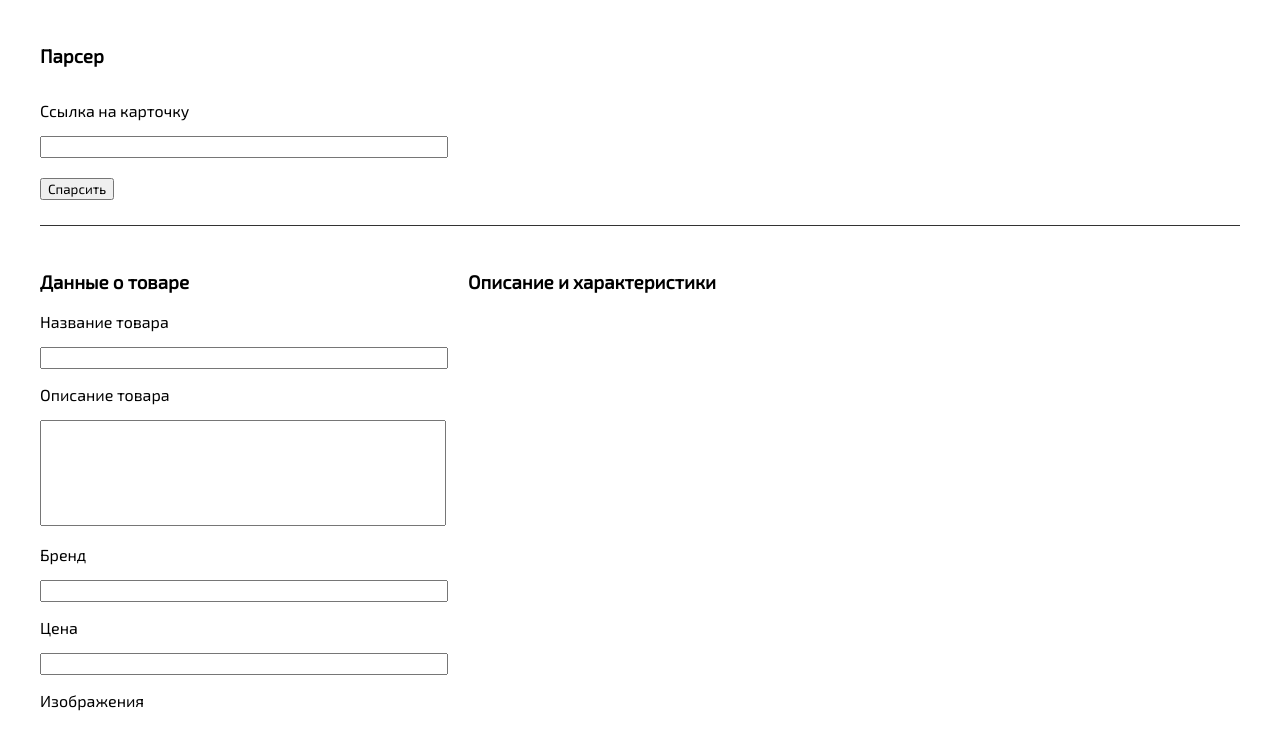
Repository: yozuul/wildberries-product-card-parser-api-exchange
Page: public/index.html
These files come from the project's save history. The page is drawn as it stood at one moment and after the next save; the edit follows.
The browser window is 1280 px wide. The pictures show the whole page.

Above is the page before, as saved 2021-08-18 18:33:19.

### public/index.html
<!DOCTYPE html>
<html lang="en">

<head>
   <meta charset="UTF-8">
   <meta http-equiv="X-UA-Compatible" content="IE=edge">
   <meta name="viewport" content="width=device-width, initial-scale=1.0">
   <title>Document</title>
   <link rel="stylesheet" href="style.css">
</head>

<body>
   <div class="parseFormWrapper">
      <div class="parseForm">
         <h3>Парсер</h3>
         <form name="parseForm">
            <p>Ссылка на карточку</p>
            <input type="text" id="cardURL">
            <button id="parseData">Спарсить</button>
         </form>
      </div>
   </div>
   <form class="productFormWrapper">
      <div class="productFormWrapperLeft productForm">
            <h3>Данные о товаре</h3>
            <div class="inputWrapper">
               <p>Название товара</p>
               <input type="text" name="productName" id="productName">
            </div>
            <div class="inputWrapper">
               <p>Описание товара</p>
               <textarea name="productDesc" id="productDesc"></textarea>
            </div>
            <div class="inputWrapper">
               <p>Бренд</p>
               <input type="text" name="productBrand" id="productBrand">
            </div>
            <div class="inputWrapper">
               <p>Цена</p>
               <input type="text" name="productPrice" id="productPrice">
            </div>
            <div class="inputWrapper">
               <p>Изображения</p>
            </div>
      </div>
      <div class="productFormWrapperRight productForm">
         <h3>Описание и характеристики</h3>
      </div>
   </form>
   <script src="index.js"></script>
</body>

</html>

### public/style.css
@import url('https://fonts.googleapis.com/css2?family=Exo+2&display=swap');

* {
   font-family: 'Exo 2', sans-serif;
}

body {
   padding: 0;
   margin: 0;
}
.productFormWrapper, .parseFormWrapper {
   max-width: 1200px;
   margin: auto;
   padding-top: 25px;
   padding-bottom: 25px;
}
.parseFormWrapper {
   border-bottom: 1px solid #333;
}
.productFormWrapper {
   display: flex;
}
.productFormWrapperLeft {
   margin-right: 20px;
}
.parseForm {
   display: flex;
   flex-wrap: wrap;
   max-width: 400px;
}
.parseForm input {
   width: 400px;
   margin-bottom: 20px;
}
.productForm {
}
.productForm input, .productForm textarea {
   width: 400px;
}
.productForm textarea {
   height: 100px;
   resize: none;
}
.formWrapper p {
   margin-bottom: 5px;
   margin-top: 0;
}
.inputWrapper {
   margin-bottom: 10px;
}

Loaded but not shown: index.js (no copy from this time; the picture is the same without it)

After the next save:
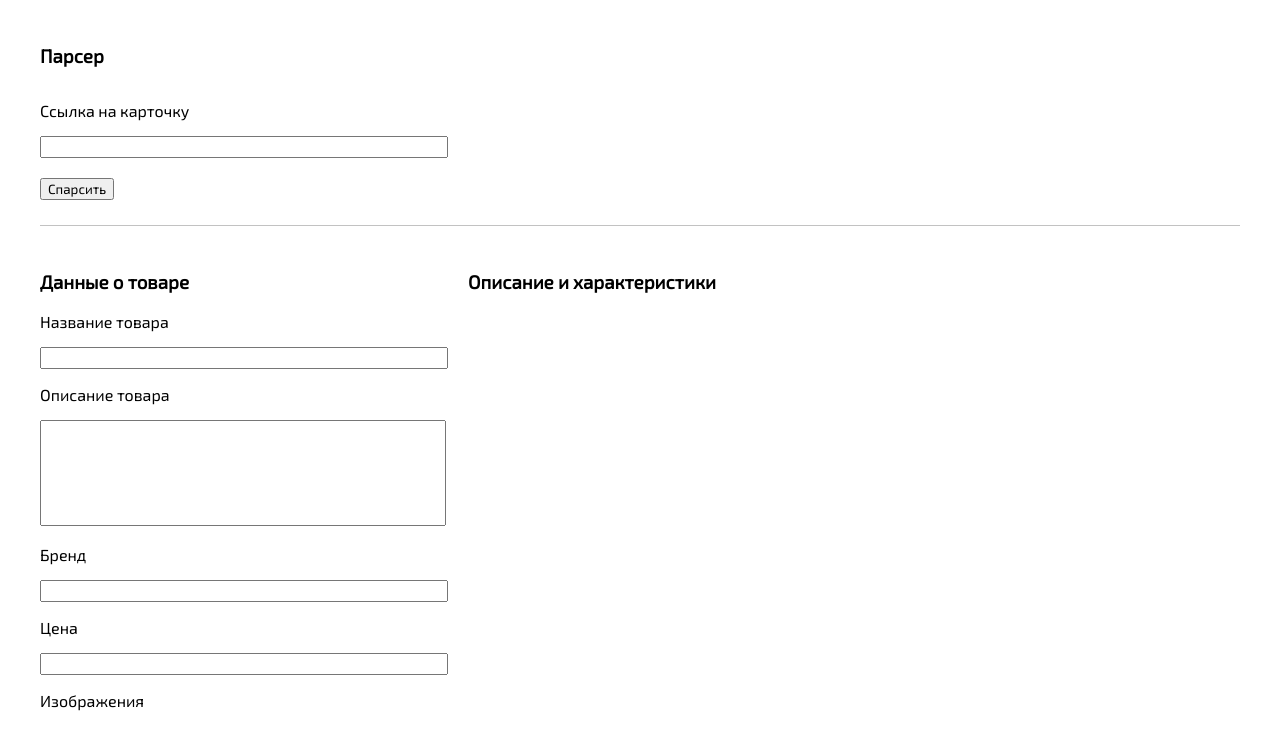
Saved 4 s later.
--- a/public/style.css
+++ b/public/style.css
@@ -15,7 +15,7 @@ body {
    padding-bottom: 25px;
 }
 .parseFormWrapper {
-   border-bottom: 1px solid #333;
+   border-bottom: 1px solid #9999;
 }
 .productFormWrapper {
    display: flex;
